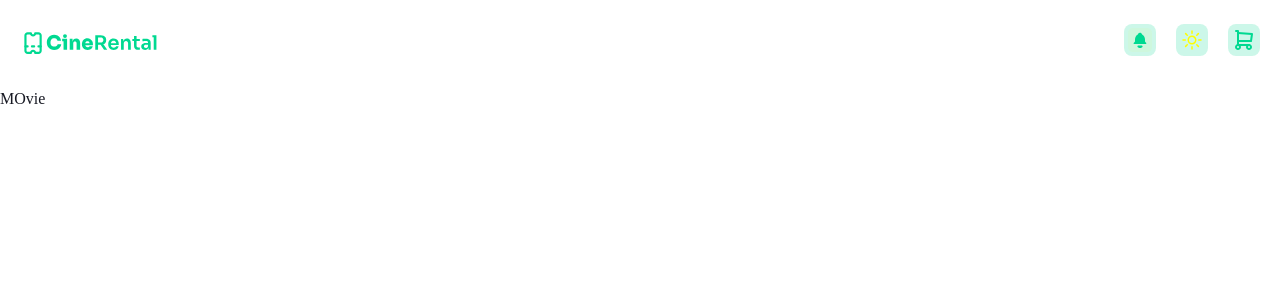
Repository: Wahid137/movie-db
Page: /
An editor plug-in stored every save of this project. The page is shown before and after the next save, followed by the edit.
The browser window is 1280 px wide. The pictures show the whole page.
The project was rebuilt for these pictures with package versions that can differ from the ones it lists, and the page was loaded fresh each time. The framework's server and built-in components were replaced by stand-ins that run in the browser. Also part of the build but not shown: next.config.mjs.

Above is the page before, as saved 2024-04-05 02:36:32.

### app/layout.js
import Navbar from "@/components/Navbar";
import { Inter } from "next/font/google";
import "../../movie-db/styles/output.css";
import "./globals.css";

const inter = Inter({ subsets: ["latin"] });

export const metadata = {
  title: "Create Next App",
  description: "Generated by create next app",
};

export default function RootLayout({ children }) {
  return (
    <html lang="en">
      <body className="dark:bg-body bg-white font-[Sora] dark:text-white text-dark">
        <Navbar />
        {children}
      </body>
    </html >
  );
}

### app/page.js

export default function Home() {
  return (
    <h1>MOvie</h1>
  );
}

### components/Navbar.jsx
import Image from "next/image";
import Link from "next/link";

const Navbar = () => {
  return (
    <header>
      <nav class="container flex items-center justify-between space-x-10 py-6">
        <Link href="/">
          <Image src="/assets/logo.svg" width={139} height={26} alt="logo" />
        </Link>

        <ul class="flex items-center space-x-5">
          <li>
            <Link
              class="bg-primary/20 dark:bg-primary/[7%] rounded-lg backdrop-blur-[2px] p-1 inline-block"
              href="#"
            >
              <Image src="/assets/ring.svg" width={24} height={24} alt="ring" />
            </Link>
          </li>
          <li>
            <Link
              class="bg-primary/20 dark:bg-primary/[7%] rounded-lg backdrop-blur-[2px] p-1 inline-block"
              href="#"
            >
              <Image
                src="/assets/icons/sun.svg"
                width={24}
                height={24}
                alt="sun"
              />
            </Link>
          </li>
          <li>
            <Link
              class="bg-primary/20 dark:bg-primary/[7%] rounded-lg backdrop-blur-[2px] p-1 inline-block"
              href="#"
            >
              <Image
                src="/assets/shopping-cart.svg"
                width={24}
                height={24}
                alt="cart"
              />
            </Link>
          </li>
        </ul>
      </nav>
    </header>
  );
};

export default Navbar;

### styles/output.css
/*
! tailwindcss v3.3.6 | MIT License | https://tailwindcss.com
*/

/*
1. Prevent padding and border from affecting element width. (https://github.com/mozdevs/cssremedy/issues/4)
2. Allow adding a border to an element by just adding a border-width. (https://github.com/tailwindcss/tailwindcss/pull/116)
*/

*,
::before,
::after {
  box-sizing: border-box;
  /* 1 */
  border-width: 0;
  /* 2 */
  border-style: solid;
  /* 2 */
  border-color: #e5e7eb;
  /* 2 */
}

::before,
::after {
  --tw-content: '';
}

/*
1. Use a consistent sensible line-height in all browsers.
2. Prevent adjustments of font size after orientation changes in iOS.
3. Use a more readable tab size.
4. Use the user's configured `sans` font-family by default.
5. Use the user's configured `sans` font-feature-settings by default.
6. Use the user's configured `sans` font-variation-settings by default.
*/

html {
  line-height: 1.5;
  /* 1 */
  -webkit-text-size-adjust: 100%;
  /* 2 */
  -moz-tab-size: 4;
  /* 3 */
  -o-tab-size: 4;
     tab-size: 4;
  /* 3 */
  font-family: ui-sans-serif, system-ui, -apple-system, BlinkMacSystemFont, "Segoe UI", Roboto, "Helvetica Neue", Arial, "Noto Sans", sans-serif, "Apple Color Emoji", "Segoe UI Emoji", "Segoe UI Symbol", "Noto Color Emoji";
  /* 4 */
  font-feature-settings: normal;
  /* 5 */
  font-variation-settings: normal;
  /* 6 */
}

/*
1. Remove the margin in all browsers.
2. Inherit line-height from `html` so users can set them as a class directly on the `html` element.
*/

body {
  margin: 0;
  /* 1 */
  line-height: inherit;
  /* 2 */
}

/*
1. Add the correct height in Firefox.
2. Correct the inheritance of border color in Firefox. (https://bugzilla.mozilla.org/show_bug.cgi?id=190655)
3. Ensure horizontal rules are visible by default.
*/

hr {
  height: 0;
  /* 1 */
  color: inherit;
  /* 2 */
  border-top-width: 1px;
  /* 3 */
}

/*
Add the correct text decoration in Chrome, Edge, and Safari.
*/

abbr:where([title]) {
  -webkit-text-decoration: underline dotted;
          text-decoration: underline dotted;
}

/*
Remove the default font size and weight for headings.
*/

h1,
h2,
h3,
h4,
h5,
h6 {
  font-size: inherit;
  font-weight: inherit;
}

/*
Reset links to optimize for opt-in styling instead of opt-out.
*/

a {
  color: inherit;
  text-decoration: inherit;
}

/*
Add the correct font weight in Edge and Safari.
*/

b,
strong {
  font-weight: bolder;
}

/*
1. Use the user's configured `mono` font-family by default.
2. Use the user's configured `mono` font-feature-settings by default.
3. Use the user's configured `mono` font-variation-settings by default.
4. Correct the odd `em` font sizing in all browsers.
*/

code,
kbd,
samp,
pre {
  font-family: ui-monospace, SFMono-Regular, Menlo, Monaco, Consolas, "Liberation Mono", "Courier New", monospace;
  /* 1 */
  font-feature-settings: normal;
  /* 2 */
  font-variation-settings: normal;
  /* 3 */
  font-size: 1em;
  /* 4 */
}

/*
Add the correct font size in all browsers.
*/

small {
  font-size: 80%;
}

/*
Prevent `sub` and `sup` elements from affecting the line height in all browsers.
*/

sub,
sup {
  font-size: 75%;
  line-height: 0;
  position: relative;
  vertical-align: baseline;
}

sub {
  bottom: -0.25em;
}

sup {
  top: -0.5em;
}

/*
1. Remove text indentation from table contents in Chrome and Safari. (https://bugs.chromium.org/p/chromium/issues/detail?id=999088, https://bugs.webkit.org/show_bug.cgi?id=201297)
2. Correct table border color inheritance in all Chrome and Safari. (https://bugs.chromium.org/p/chromium/issues/detail?id=935729, https://bugs.webkit.org/show_bug.cgi?id=195016)
3. Remove gaps between table borders by default.
*/

table {
  text-indent: 0;
  /* 1 */
  border-color: inherit;
  /* 2 */
  border-collapse: collapse;
  /* 3 */
}

/*
1. Change the font styles in all browsers.
2. Remove the margin in Firefox and Safari.
3. Remove default padding in all browsers.
*/

button,
input,
optgroup,
select,
textarea {
  font-family: inherit;
  /* 1 */
  font-feature-settings: inherit;
  /* 1 */
  font-variation-settings: inherit;
  /* 1 */
  font-size: 100%;
  /* 1 */
  font-weight: inherit;
  /* 1 */
  line-height: inherit;
  /* 1 */
  color: inherit;
  /* 1 */
  margin: 0;
  /* 2 */
  padding: 0;
  /* 3 */
}

/*
Remove the inheritance of text transform in Edge and Firefox.
*/

button,
select {
  text-transform: none;
}

/*
1. Correct the inability to style clickable types in iOS and Safari.
2. Remove default button styles.
*/

button,
[type='button'],
[type='reset'],
[type='submit'] {
  -webkit-appearance: button;
  /* 1 */
  background-color: transparent;
  /* 2 */
  background-image: none;
  /* 2 */
}

/*
Use the modern Firefox focus style for all focusable elements.
*/

:-moz-focusring {
  outline: auto;
}

/*
Remove the additional `:invalid` styles in Firefox. (https://github.com/mozilla/gecko-dev/blob/2f9eacd9d3d995c937b4251a5557d95d494c9be1/layout/style/res/forms.css#L728-L737)
*/

:-moz-ui-invalid {
  box-shadow: none;
}

/*
Add the correct vertical alignment in Chrome and Firefox.
*/

progress {
  vertical-align: baseline;
}

/*
Correct the cursor style of increment and decrement buttons in Safari.
*/

::-webkit-inner-spin-button,
::-webkit-outer-spin-button {
  height: auto;
}

/*
1. Correct the odd appearance in Chrome and Safari.
2. Correct the outline style in Safari.
*/

[type='search'] {
  -webkit-appearance: textfield;
  /* 1 */
  outline-offset: -2px;
  /* 2 */
}

/*
Remove the inner padding in Chrome and Safari on macOS.
*/

::-webkit-search-decoration {
  -webkit-appearance: none;
}

/*
1. Correct the inability to style clickable types in iOS and Safari.
2. Change font properties to `inherit` in Safari.
*/

::-webkit-file-upload-button {
  -webkit-appearance: button;
  /* 1 */
  font: inherit;
  /* 2 */
}

/*
Add the correct display in Chrome and Safari.
*/

summary {
  display: list-item;
}

/*
Removes the default spacing and border for appropriate elements.
*/

blockquote,
dl,
dd,
h1,
h2,
h3,
h4,
h5,
h6,
hr,
figure,
p,
pre {
  margin: 0;
}

fieldset {
  margin: 0;
  padding: 0;
}

legend {
  padding: 0;
}

ol,
ul,
menu {
  list-style: none;
  margin: 0;
  padding: 0;
}

/*
Reset default styling for dialogs.
*/

dialog {
  padding: 0;
}

/*
Prevent resizing textareas horizontally by default.
*/

textarea {
  resize: vertical;
}

/*
1. Reset the default placeholder opacity in Firefox. (https://github.com/tailwindlabs/tailwindcss/issues/3300)
2. Set the default placeholder color to the user's configured gray 400 color.
*/

input::-moz-placeholder, textarea::-moz-placeholder {
  opacity: 1;
  /* 1 */
  color: #9ca3af;
  /* 2 */
}

input::placeholder,
textarea::placeholder {
  opacity: 1;
  /* 1 */
  color: #9ca3af;
  /* 2 */
}

/*
Set the default cursor for buttons.
*/

button,
[role="button"] {
  cursor: pointer;
}

/*
Make sure disabled buttons don't get the pointer cursor.
*/

:disabled {
  cursor: default;
}

/*
1. Make replaced elements `display: block` by default. (https://github.com/mozdevs/cssremedy/issues/14)
2. Add `vertical-align: middle` to align replaced elements more sensibly by default. (https://github.com/jensimmons/cssremedy/issues/14#issuecomment-634934210)
   This can trigger a poorly considered lint error in some tools but is included by design.
*/

img,
svg,
video,
canvas,
audio,
iframe,
embed,
object {
  display: block;
  /* 1 */
  vertical-align: middle;
  /* 2 */
}

/*
Constrain images and videos to the parent width and preserve their intrinsic aspect ratio. (https://github.com/mozdevs/cssremedy/issues/14)
*/

img,
video {
  max-width: 100%;
  height: auto;
}

/* Make elements with the HTML hidden attribute stay hidden by default */

[hidden] {
  display: none;
}

*, ::before, ::after {
  --tw-border-spacing-x: 0;
  --tw-border-spacing-y: 0;
  --tw-translate-x: 0;
  --tw-translate-y: 0;
  --tw-rotate: 0;
  --tw-skew-x: 0;
  --tw-skew-y: 0;
  --tw-scale-x: 1;
  --tw-scale-y: 1;
  --tw-pan-x:  ;
  --tw-pan-y:  ;
  --tw-pinch-zoom:  ;
  --tw-scroll-snap-strictness: proximity;
  --tw-gradient-from-position:  ;
  --tw-gradient-via-position:  ;
  --tw-gradient-to-position:  ;
  --tw-ordinal:  ;
  --tw-slashed-zero:  ;
  --tw-numeric-figure:  ;
  --tw-numeric-spacing:  ;
  --tw-numeric-fraction:  ;
  --tw-ring-inset:  ;
  --tw-ring-offset-width: 0px;
  --tw-ring-offset-color: #fff;
  --tw-ring-color: rgb(59 130 246 / 0.5);
  --tw-ring-offset-shadow: 0 0 #0000;
  --tw-ring-shadow: 0 0 #0000;
  --tw-shadow: 0 0 #0000;
  --tw-shadow-colored: 0 0 #0000;
  --tw-blur:  ;
  --tw-brightness:  ;
  --tw-contrast:  ;
  --tw-grayscale:  ;
  --tw-hue-rotate:  ;
  --tw-invert:  ;
  --tw-saturate:  ;
  --tw-sepia:  ;
  --tw-drop-shadow:  ;
  --tw-backdrop-blur:  ;
  --tw-backdrop-brightness:  ;
  --tw-backdrop-contrast:  ;
  --tw-backdrop-grayscale:  ;
  --tw-backdrop-hue-rotate:  ;
  --tw-backdrop-invert:  ;
  --tw-backdrop-opacity:  ;
  --tw-backdrop-saturate:  ;
  --tw-backdrop-sepia:  ;
}

::backdrop {
  --tw-border-spacing-x: 0;
  --tw-border-spacing-y: 0;
  --tw-translate-x: 0;
  --tw-translate-y: 0;
  --tw-rotate: 0;
  --tw-skew-x: 0;
  --tw-skew-y: 0;
  --tw-scale-x: 1;
  --tw-scale-y: 1;
  --tw-pan-x:  ;
  --tw-pan-y:  ;
  --tw-pinch-zoom:  ;
  --tw-scroll-snap-strictness: proximity;
  --tw-gradient-from-position:  ;
  --tw-gradient-via-position:  ;
  --tw-gradient-to-position:  ;
  --tw-ordinal:  ;
  --tw-slashed-zero:  ;
  --tw-numeric-figure:  ;
  --tw-numeric-spacing:  ;
  --tw-numeric-fraction:  ;
  --tw-ring-inset:  ;
  --tw-ring-offset-width: 0px;
  --tw-ring-offset-color: #fff;
  --tw-ring-color: rgb(59 130 246 / 0.5);
  --tw-ring-offset-shadow: 0 0 #0000;
  --tw-ring-shadow: 0 0 #0000;
  --tw-shadow: 0 0 #0000;
  --tw-shadow-colored: 0 0 #0000;
  --tw-blur:  ;
  --tw-brightness:  ;
  --tw-contrast:  ;
  --tw-grayscale:  ;
  --tw-hue-rotate:  ;
  --tw-invert:  ;
  --tw-saturate:  ;
  --tw-sepia:  ;
  --tw-drop-shadow:  ;
  --tw-backdrop-blur:  ;
  --tw-backdrop-brightness:  ;
  --tw-backdrop-contrast:  ;
  --tw-backdrop-grayscale:  ;
  --tw-backdrop-hue-rotate:  ;
  --tw-backdrop-invert:  ;
  --tw-backdrop-opacity:  ;
  --tw-backdrop-saturate:  ;
  --tw-backdrop-sepia:  ;
}

.container {
  width: 100%;
  margin-right: auto;
  margin-left: auto;
  padding-right: 1.25rem;
  padding-left: 1.25rem;
}

@media (min-width: 640px) {
  .container {
    max-width: 640px;
  }
}

@media (min-width: 768px) {
  .container {
    max-width: 768px;
  }
}

@media (min-width: 1024px) {
  .container {
    max-width: 1024px;
  }
}

@media (min-width: 1280px) {
  .container {
    max-width: 1280px;
  }
}

@media (min-width: 1536px) {
  .container {
    max-width: 1536px;
  }
}

.fixed {
  position: fixed;
}

.absolute {
  position: absolute;
}

.relative {
  position: relative;
}

.left-0 {
  left: 0px;
}

.left-1\/2 {
  left: 50%;
}

.top-0 {
  top: 0px;
}

.top-1\/2 {
  top: 50%;
}

.z-50 {
  z-index: 50;
}

.col-span-2 {
  grid-column: span 2 / span 2;
}

.col-span-10 {
  grid-column: span 10 / span 10;
}

.col-span-7 {
  grid-column: span 7 / span 7;
}

.col-span-8 {
  grid-column: span 8 / span 8;
}

.mx-auto {
  margin-left: auto;
  margin-right: auto;
}

.my-3 {
  margin-top: 0.75rem;
  margin-bottom: 0.75rem;
}

.my-2 {
  margin-top: 0.5rem;
  margin-bottom: 0.5rem;
}

.my-8 {
  margin-top: 2rem;
  margin-bottom: 2rem;
}

.mb-1 {
  margin-bottom: 0.25rem;
}

.mb-10 {
  margin-bottom: 2.5rem;
}

.mb-2 {
  margin-bottom: 0.5rem;
}

.mb-5 {
  margin-bottom: 1.25rem;
}

.mb-8 {
  margin-bottom: 2rem;
}

.mt-8 {
  margin-top: 2rem;
}

.mt-2 {
  margin-top: 0.5rem;
}

.block {
  display: block;
}

.inline-block {
  display: inline-block;
}

.flex {
  display: flex;
}

.inline-flex {
  display: inline-flex;
}

.grid {
  display: grid;
}

.hidden {
  display: none;
}

.h-5 {
  height: 1.25rem;
}

.h-full {
  height: 100%;
}

.h-screen {
  height: 100vh;
}

.h-fit {
  height: -moz-fit-content;
  height: fit-content;
}

.h-min {
  height: -moz-min-content;
  height: min-content;
}

.h-max {
  height: -moz-max-content;
  height: max-content;
}

.h-\[500px\] {
  height: 500px;
}

.max-h-\[450px\] {
  max-height: 450px;
}

.max-h-\[90vh\] {
  max-height: 90vh;
}

.max-h-\[300px\] {
  max-height: 300px;
}

.max-h-\[600px\] {
  max-height: 600px;
}

.w-5 {
  width: 1.25rem;
}

.w-full {
  width: 100%;
}

.w-screen {
  width: 100vw;
}

.max-w-\[420px\] {
  max-width: 420px;
}

.-translate-x-1\/2 {
  --tw-translate-x: -50%;
  transform: translate(var(--tw-translate-x), var(--tw-translate-y)) rotate(var(--tw-rotate)) skewX(var(--tw-skew-x)) skewY(var(--tw-skew-y)) scaleX(var(--tw-scale-x)) scaleY(var(--tw-scale-y));
}

.-translate-y-1\/2 {
  --tw-translate-y: -50%;
  transform: translate(var(--tw-translate-x), var(--tw-translate-y)) rotate(var(--tw-rotate)) skewX(var(--tw-skew-x)) skewY(var(--tw-skew-y)) scaleX(var(--tw-scale-x)) scaleY(var(--tw-scale-y));
}

.grid-cols-\[1fr_auto\] {
  grid-template-columns: 1fr auto;
}

.grid-cols-12 {
  grid-template-columns: repeat(12, minmax(0, 1fr));
}

.place-items-center {
  place-items: center;
}

.items-center {
  align-items: center;
}

.justify-end {
  justify-content: flex-end;
}

.justify-center {
  justify-content: center;
}

.justify-between {
  justify-content: space-between;
}

.gap-2 {
  gap: 0.5rem;
}

.gap-4 {
  gap: 1rem;
}

.gap-7 {
  gap: 1.75rem;
}

.gap-\[3\.5rem\] {
  gap: 3.5rem;
}

.gap-8 {
  gap: 2rem;
}

.space-x-1 > :not([hidden]) ~ :not([hidden]) {
  --tw-space-x-reverse: 0;
  margin-right: calc(0.25rem * var(--tw-space-x-reverse));
  margin-left: calc(0.25rem * calc(1 - var(--tw-space-x-reverse)));
}

.space-x-10 > :not([hidden]) ~ :not([hidden]) {
  --tw-space-x-reverse: 0;
  margin-right: calc(2.5rem * var(--tw-space-x-reverse));
  margin-left: calc(2.5rem * calc(1 - var(--tw-space-x-reverse)));
}

.space-x-2 > :not([hidden]) ~ :not([hidden]) {
  --tw-space-x-reverse: 0;
  margin-right: calc(0.5rem * var(--tw-space-x-reverse));
  margin-left: calc(0.5rem * calc(1 - var(--tw-space-x-reverse)));
}

.space-x-5 > :not([hidden]) ~ :not([hidden]) {
  --tw-space-x-reverse: 0;
  margin-right: calc(1.25rem * var(--tw-space-x-reverse));
  margin-left: calc(1.25rem * calc(1 - var(--tw-space-x-reverse)));
}

.space-y-2 > :not([hidden]) ~ :not([hidden]) {
  --tw-space-y-reverse: 0;
  margin-top: calc(0.5rem * calc(1 - var(--tw-space-y-reverse)));
  margin-bottom: calc(0.5rem * var(--tw-space-y-reverse));
}

.space-y-8 > :not([hidden]) ~ :not([hidden]) {
  --tw-space-y-reverse: 0;
  margin-top: calc(2rem * calc(1 - var(--tw-space-y-reverse)));
  margin-bottom: calc(2rem * var(--tw-space-y-reverse));
}

.space-y-4 > :not([hidden]) ~ :not([hidden]) {
  --tw-space-y-reverse: 0;
  margin-top: calc(1rem * calc(1 - var(--tw-space-y-reverse)));
  margin-bottom: calc(1rem * var(--tw-space-y-reverse));
}

.overflow-auto {
  overflow: auto;
}

.overflow-hidden {
  overflow: hidden;
}

.rounded {
  border-radius: 0.25rem;
}

.rounded-2xl {
  border-radius: 1rem;
}

.rounded-lg {
  border-radius: 0.5rem;
}

.rounded-md {
  border-radius: 0.375rem;
}

.rounded-xl {
  border-radius: 0.75rem;
}

.border {
  border-width: 1px;
}

.border-\[\#74766F\] {
  --tw-border-opacity: 1;
  border-color: rgb(116 118 111 / var(--tw-border-opacity));
}

.border-black\/10 {
  border-color: rgb(0 0 0 / 0.1);
}

.bg-\[\#D42967\] {
  --tw-bg-opacity: 1;
  background-color: rgb(212 41 103 / var(--tw-bg-opacity));
}

.bg-black\/60 {
  background-color: rgb(0 0 0 / 0.6);
}

.bg-primary {
  --tw-bg-opacity: 1;
  background-color: rgb(0 217 145 / var(--tw-bg-opacity));
}

.bg-primary\/20 {
  background-color: rgb(0 217 145 / 0.2);
}

.bg-white {
  --tw-bg-opacity: 1;
  background-color: rgb(255 255 255 / var(--tw-bg-opacity));
}

.bg-slate-800\/40 {
  background-color: rgb(30 41 59 / 0.4);
}

.bg-slate-800\/60 {
  background-color: rgb(30 41 59 / 0.6);
}

.bg-slate-800\/80 {
  background-color: rgb(30 41 59 / 0.8);
}

.object-contain {
  -o-object-fit: contain;
     object-fit: contain;
}

.object-cover {
  -o-object-fit: cover;
     object-fit: cover;
}

.p-1 {
  padding: 0.25rem;
}

.p-2 {
  padding: 0.5rem;
}

.p-4 {
  padding: 1rem;
}

.p-5 {
  padding: 1.25rem;
}

.px-5 {
  padding-left: 1.25rem;
  padding-right: 1.25rem;
}

.py-2 {
  padding-top: 0.5rem;
  padding-bottom: 0.5rem;
}

.py-3 {
  padding-top: 0.75rem;
  padding-bottom: 0.75rem;
}

.py-3\.5 {
  padding-top: 0.875rem;
  padding-bottom: 0.875rem;
}

.py-6 {
  padding-top: 1.5rem;
  padding-bottom: 1.5rem;
}

.py-12 {
  padding-top: 3rem;
  padding-bottom: 3rem;
}

.px-4 {
  padding-left: 1rem;
  padding-right: 1rem;
}

.px-8 {
  padding-left: 2rem;
  padding-right: 2rem;
}

.pt-4 {
  padding-top: 1rem;
}

.text-center {
  text-align: center;
}

.font-\[Sora\] {
  font-family: Sora;
}

.text-2xl {
  font-size: 1.5rem;
  line-height: 2rem;
}

.text-3xl {
  font-size: 1.875rem;
  line-height: 2.25rem;
}

.text-base {
  font-size: 1rem;
  line-height: 1.5rem;
}

.text-sm {
  font-size: 0.875rem;
  line-height: 1.25rem;
}

.text-xl {
  font-size: 1.25rem;
  line-height: 1.75rem;
}

.text-4xl {
  font-size: 2.25rem;
  line-height: 2.5rem;
}

.font-bold {
  font-weight: 700;
}

.font-semibold {
  font-weight: 600;
}

.font-extralight {
  font-weight: 200;
}

.font-medium {
  font-weight: 500;
}

.italic {
  font-style: italic;
}

.text-\[\#171923\] {
  --tw-text-opacity: 1;
  color: rgb(23 25 35 / var(--tw-text-opacity));
}

.text-\[\#575A6E\] {
  --tw-text-opacity: 1;
  color: rgb(87 90 110 / var(--tw-text-opacity));
}

.text-\[\#6F6F6F\] {
  --tw-text-opacity: 1;
  color: rgb(111 111 111 / var(--tw-text-opacity));
}

.text-\[\#9fa0a4\] {
  --tw-text-opacity: 1;
  color: rgb(159 160 164 / var(--tw-text-opacity));
}

.text-black {
  --tw-text-opacity: 1;
  color: rgb(0 0 0 / var(--tw-text-opacity));
}

.text-black\/30 {
  color: rgb(0 0 0 / 0.3);
}

.text-dark {
  --tw-text-opacity: 1;
  color: rgb(23 25 35 / var(--tw-text-opacity));
}

.text-white {
  --tw-text-opacity: 1;
  color: rgb(255 255 255 / var(--tw-text-opacity));
}

.text-slate-400 {
  --tw-text-opacity: 1;
  color: rgb(148 163 184 / var(--tw-text-opacity));
}

.text-slate-300 {
  --tw-text-opacity: 1;
  color: rgb(203 213 225 / var(--tw-text-opacity));
}

.text-slate-800 {
  --tw-text-opacity: 1;
  color: rgb(30 41 59 / var(--tw-text-opacity));
}

.shadow-md {
  --tw-shadow: 0 4px 6px -1px rgb(0 0 0 / 0.1), 0 2px 4px -2px rgb(0 0 0 / 0.1);
  --tw-shadow-colored: 0 4px 6px -1px var(--tw-shadow-color), 0 2px 4px -2px var(--tw-shadow-color);
  box-shadow: var(--tw-ring-offset-shadow, 0 0 #0000), var(--tw-ring-shadow, 0 0 #0000), var(--tw-shadow);
}

.shadow-sm {
  --tw-shadow: 0 1px 2px 0 rgb(0 0 0 / 0.05);
  --tw-shadow-colored: 0 1px 2px 0 var(--tw-shadow-color);
  box-shadow: var(--tw-ring-offset-shadow, 0 0 #0000), var(--tw-ring-shadow, 0 0 #0000), var(--tw-shadow);
}

.backdrop-blur-\[2px\] {
  --tw-backdrop-blur: blur(2px);
  -webkit-backdrop-filter: var(--tw-backdrop-blur) var(--tw-backdrop-brightness) var(--tw-backdrop-contrast) var(--tw-backdrop-grayscale) var(--tw-backdrop-hue-rotate) var(--tw-backdrop-invert) var(--tw-backdrop-opacity) var(--tw-backdrop-saturate) var(--tw-backdrop-sepia);
          backdrop-filter: var(--tw-backdrop-blur) var(--tw-backdrop-brightness) var(--tw-backdrop-contrast) var(--tw-backdrop-grayscale) var(--tw-backdrop-hue-rotate) var(--tw-backdrop-invert) var(--tw-backdrop-opacity) var(--tw-backdrop-saturate) var(--tw-backdrop-sepia);
}

.backdrop-blur-sm {
  --tw-backdrop-blur: blur(4px);
  -webkit-backdrop-filter: var(--tw-backdrop-blur) var(--tw-backdrop-brightness) var(--tw-backdrop-contrast) var(--tw-backdrop-grayscale) var(--tw-backdrop-hue-rotate) var(--tw-backdrop-invert) var(--tw-backdrop-opacity) var(--tw-backdrop-saturate) var(--tw-backdrop-sepia);
          backdrop-filter: var(--tw-backdrop-blur) var(--tw-backdrop-brightness) var(--tw-backdrop-contrast) var(--tw-backdrop-grayscale) var(--tw-backdrop-hue-rotate) var(--tw-backdrop-invert) var(--tw-backdrop-opacity) var(--tw-backdrop-saturate) var(--tw-backdrop-sepia);
}

:is(.dark .dark\:border-white\/10) {
  border-color: rgb(255 255 255 / 0.1);
}

:is(.dark .dark\:bg-\[\#12141D\]) {
  --tw-bg-opacity: 1;
  background-color: rgb(18 20 29 / var(--tw-bg-opacity));
}

:is(.dark .dark\:bg-body) {
  --tw-bg-opacity: 1;
  background-color: rgb(29 30 40 / var(--tw-bg-opacity));
}

:is(.dark .dark\:bg-primary\/\[7\%\]) {
  background-color: rgb(0 217 145 / 7%);
}

:is(.dark .dark\:text-\[\#575A6E\]) {
  --tw-text-opacity: 1;
  color: rgb(87 90 110 / var(--tw-text-opacity));
}

:is(.dark .dark\:text-\[\#EEEEEE\]) {
  --tw-text-opacity: 1;
  color: rgb(238 238 238 / var(--tw-text-opacity));
}

:is(.dark .dark\:text-\[\#EEEEEE\]\/60) {
  color: rgb(238 238 238 / 0.6);
}

:is(.dark .dark\:text-gray-200) {
  --tw-text-opacity: 1;
  color: rgb(229 231 235 / var(--tw-text-opacity));
}

:is(.dark .dark\:text-white) {
  --tw-text-opacity: 1;
  color: rgb(255 255 255 / var(--tw-text-opacity));
}

@media not all and (min-width: 768px) {
  .max-md\:hidden {
    display: none;
  }

  .max-md\:text-xs {
    font-size: 0.75rem;
    line-height: 1rem;
  }
}

@media not all and (min-width: 640px) {
  .max-sm\:max-h-\[300px\] {
    max-height: 300px;
  }
}

@media (min-width: 640px) {
  .sm\:order-2 {
    order: 2;
  }

  .sm\:grid {
    display: grid;
  }

  .sm\:max-w-\[600px\] {
    max-width: 600px;
  }

  .sm\:grid-cols-2 {
    grid-template-columns: repeat(2, minmax(0, 1fr));
  }

  .sm\:grid-cols-\[2fr_1fr\] {
    grid-template-columns: 2fr 1fr;
  }
}

@media (min-width: 768px) {
  .md\:p-9 {
    padding: 2.25rem;
  }

  .md\:px-4 {
    padding-left: 1rem;
    padding-right: 1rem;
  }

  .md\:py-8 {
    padding-top: 2rem;
    padding-bottom: 2rem;
  }

  .md\:text-xl {
    font-size: 1.25rem;
    line-height: 1.75rem;
  }
}

@media (min-width: 1024px) {
  .lg\:mb-14 {
    margin-bottom: 3.5rem;
  }

  .lg\:mb-16 {
    margin-bottom: 4rem;
  }

  .lg\:max-h-\[600px\] {
    max-height: 600px;
  }

  .lg\:max-h-\[400px\] {
    max-height: 400px;
  }

  .lg\:max-h-\[200px\] {
    max-height: 200px;
  }

  .lg\:max-h-\[500px\] {
    max-height: 500px;
  }

  .lg\:max-w-\[790px\] {
    max-width: 790px;
  }

  .lg\:max-w-\[984px\] {
    max-width: 984px;
  }

  .lg\:grid-cols-2 {
    grid-template-columns: repeat(2, minmax(0, 1fr));
  }

  .lg\:grid-cols-\[218px_1fr\] {
    grid-template-columns: 218px 1fr;
  }

  .lg\:space-y-12 > :not([hidden]) ~ :not([hidden]) {
    --tw-space-y-reverse: 0;
    margin-top: calc(3rem * calc(1 - var(--tw-space-y-reverse)));
    margin-bottom: calc(3rem * var(--tw-space-y-reverse));
  }

  .lg\:p-11 {
    padding: 2.75rem;
  }

  .lg\:text-\[30px\] {
    font-size: 30px;
  }

  .lg\:text-\[50px\] {
    font-size: 50px;
  }

  .lg\:text-base {
    font-size: 1rem;
    line-height: 1.5rem;
  }
}

@media (min-width: 1280px) {
  .xl\:grid-cols-3 {
    grid-template-columns: repeat(3, minmax(0, 1fr));
  }
}

### tailwind.config.js
/** @type {import('tailwindcss').Config} */
module.exports = {
  content: [
    "./pages/**/*.{js,ts,jsx,tsx,mdx}",
    "./components/**/*.{js,ts,jsx,tsx,mdx}",
    "./app/**/*.{js,ts,jsx,tsx,mdx}",
  ],
  darkMode: 'class',
  theme: {
    extend: {
      container: {
        center: true,
        padding: "1.25rem",
      },
      colors: {
        primary: '#00D991',
        dark: "#171923",
        light: "#fff",
        body: "#1D1E28"
      },
    },
  },
  plugins: [],
};

### components/Footer.jsx
const Footer = () => {
  return (
    <footer class="py-6 md:py-8 mt-8">
      <div class="container mx-auto">
        <p class="text-center text-sm text-black/30 dark:text-[#EEEEEE]/60">
          Copyright ©2023 | All rights reserved by Learn with Sumit
        </p>
      </div>
    </footer>
  );
};

export default Footer;

Loaded but not shown: app/globals.css (common file)

After the next save:
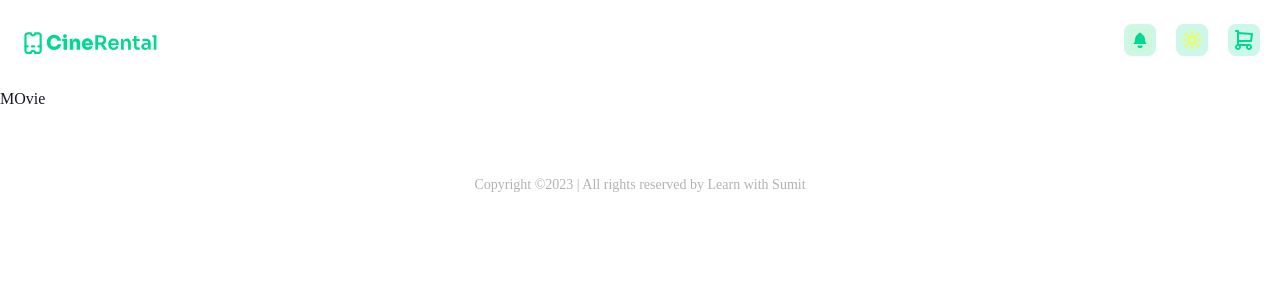
Saved 17 s later.
--- a/app/layout.js
+++ b/app/layout.js
@@ -1,3 +1,4 @@
+import Footer from "@/components/Footer";
 import Navbar from "@/components/Navbar";
 import { Inter } from "next/font/google";
 import "../../movie-db/styles/output.css";
@@ -16,6 +17,7 @@
       <body className="dark:bg-body bg-white font-[Sora] dark:text-white text-dark">
         <Navbar />
         {children}
+        <Footer />
       </body>
     </html >
   );
